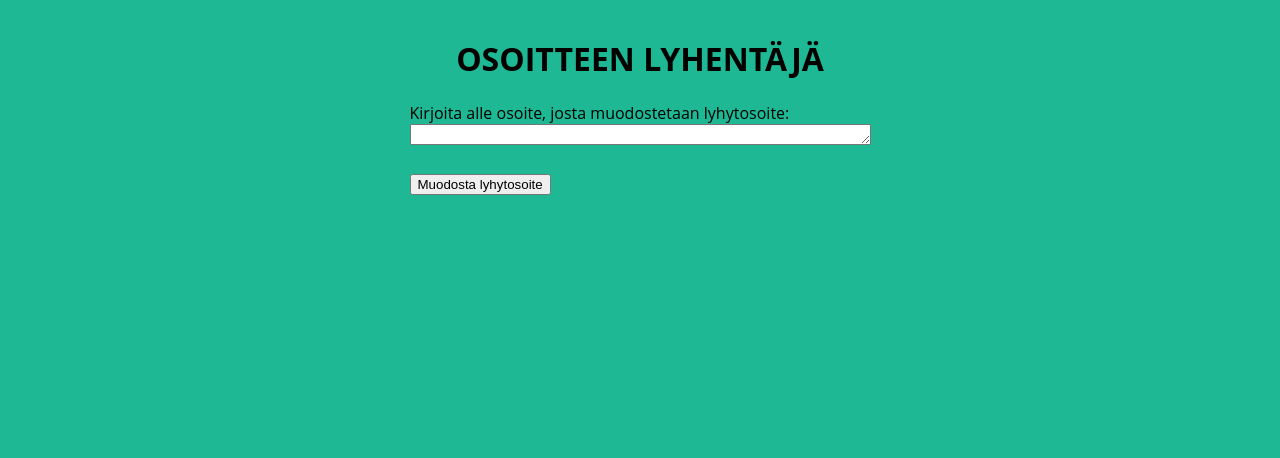
Repository: koodaajakige/knykanen
Page: public_html/redirect/lomake.html
These files come from the project's save history. The page is drawn as it stood at one moment and after the next save; the edit follows.
The browser window is 1280 px wide. The pictures show the whole page.

Above is the page before, as saved 2023-01-12 12:36:23.

### public_html/redirect/lomake.html
<!DOCTYPE html>
<html>
<head>
  <meta charset="UTF-8">
  <link rel="stylesheet" href="kigestyle.css">
  <h1>OSOITTEEN LYHENTÄJÄ</h1>
</head>
<body>

<form method = GET action = funktio.php>
    Kirjoita alle osoite, josta muodostetaan lyhytosoite:
    <br><textarea rows=1 cols=55 name=osoite></textarea><br><br>
    <input type=submit value='Muodosta lyhytosoite' />
  </form>

</body>
</html>

### public_html/redirect/kigestyle.css
body {
    font-family: 'Averia Serif Libre', cursive;
	font-family: 'Open Sans', sans-serif;
    font-size: medium;
    background-color: rgb(30, 184, 148);
    max-width: 40em;
	width: 90%;
	margin: 1em auto;
    display: flex;
    flex-direction: column;
    align-items: center;


}

After the next save:
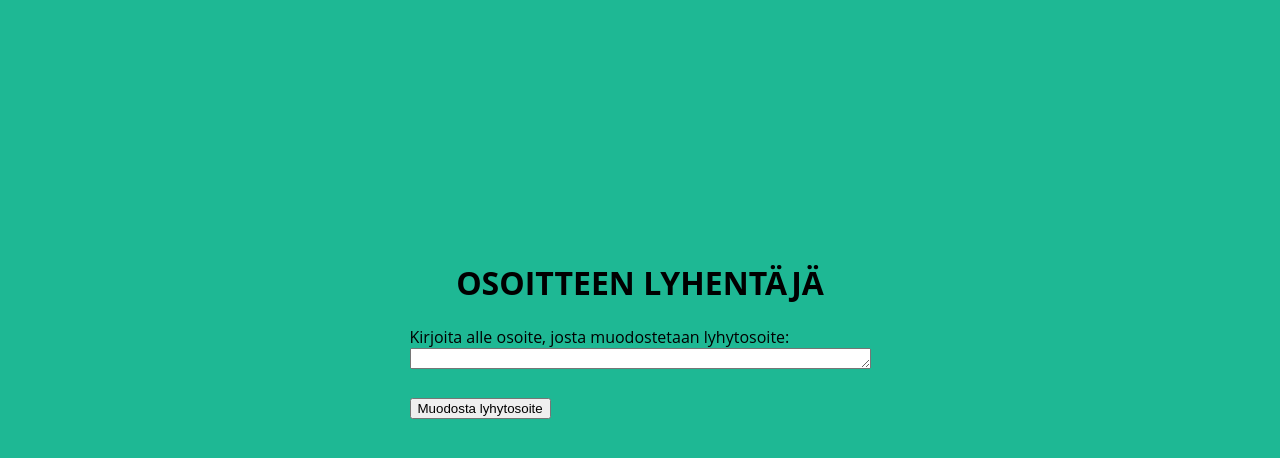
Saved 12 s later.
--- a/public_html/redirect/kigestyle.css
+++ b/public_html/redirect/kigestyle.css
@@ -5,7 +5,7 @@ body {
     background-color: rgb(30, 184, 148);
     max-width: 40em;
 	width: 90%;
-	margin: 1em auto;
+	margin: 15em auto;
     display: flex;
     flex-direction: column;
     align-items: center;
